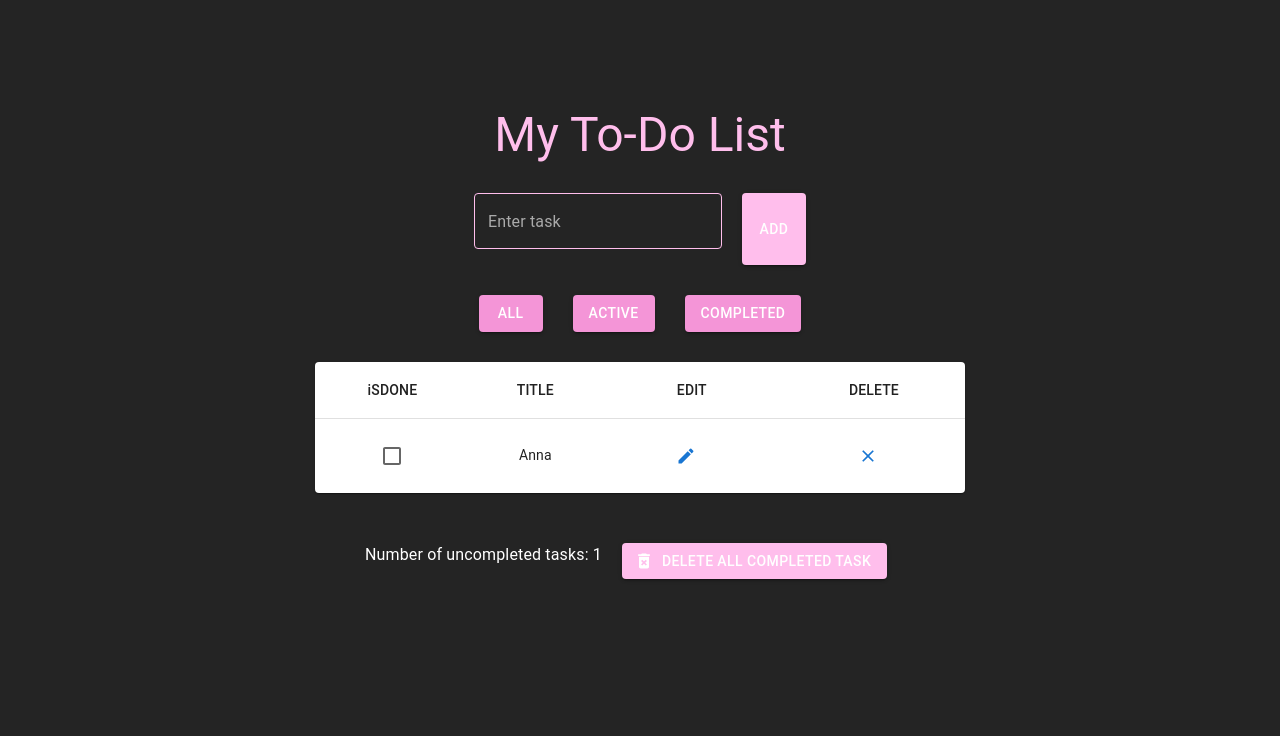
Repository: savannaaaas/ToDo_List
Page: /
The author's editor kept a copy of each file at every save. The page is drawn from the files as they stood at one save, then again after the next save.
The browser window is 1280 px wide. The pictures show the whole page.
The project was rebuilt for these pictures with package versions that can differ from the ones it lists, and the page was loaded fresh each time. Also part of the build but not shown: vite.config.js.

Above is the page before, as saved 2025-08-11 18:51:36.

After the next save:
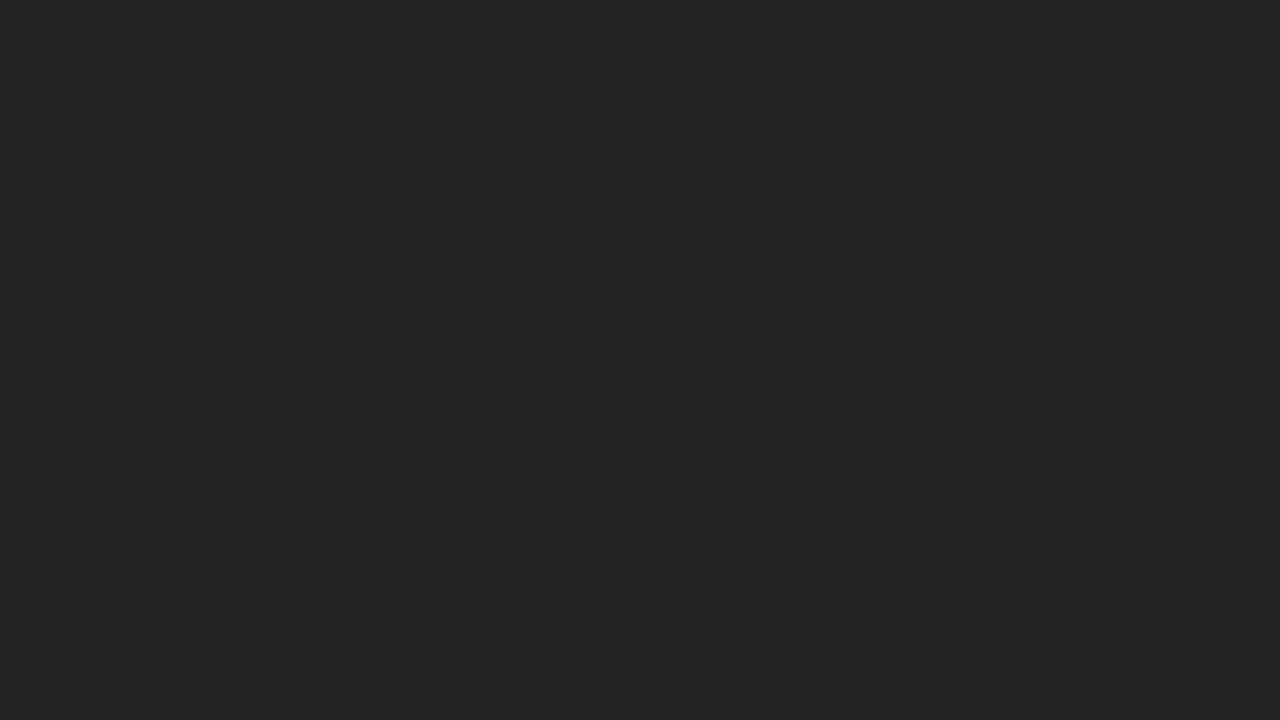
Console error: ReferenceError: useEffect is not defined
Saved 31 s later.
--- a/src/components/AddTask.jsx
+++ b/src/components/AddTask.jsx
@@ -8,6 +8,10 @@ import { TaskContext } from "../context/TaskContext";
 
 export const AddTask = () => {
   const { tasks, setTasks } = useContext(TaskContext);
+
+  useEffect(() => {
+    localStorage.setItem("tasks", JSON.stringify(tasks));
+  }, [tasks]);
 
   const {
     control,
@@ -33,8 +37,6 @@ export const AddTask = () => {
     const updateTask = [...tasks, task];
 
     setTasks(updateTask);
-
-    localStorage.setItem("tasks", JSON.stringify(updateTask));
 
     reset();
   };

After the save that followed:
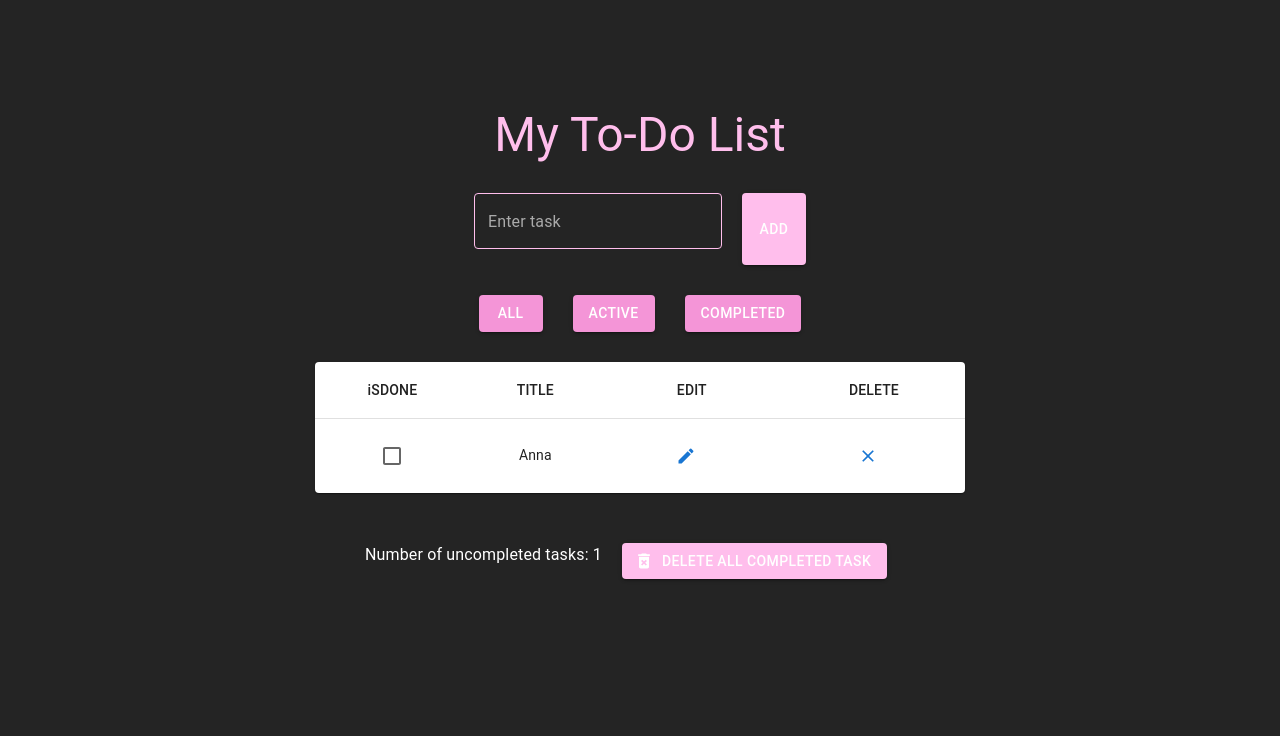
The error is gone.
Saved 14 s later.
--- a/src/components/AddTask.jsx
+++ b/src/components/AddTask.jsx
@@ -3,7 +3,7 @@ import { useForm } from "react-hook-form";
 import { schema } from "../schema/shema";
 import { yupResolver } from "@hookform/resolvers/yup";
 import { Button, TextField } from "@mui/material";
-import { useContext } from "react";
+import { useContext, useEffect } from "react";
 import { TaskContext } from "../context/TaskContext";
 
 export const AddTask = () => {
